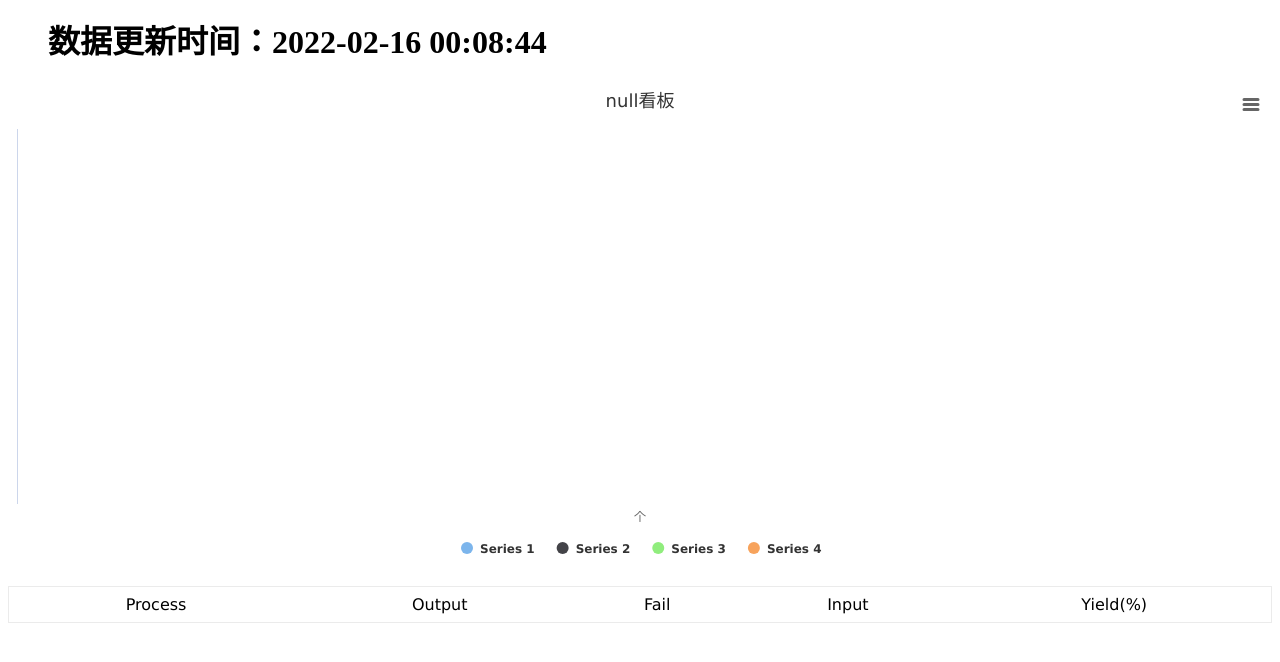
Repository: zxj19880502/mycode
Page: http://localhost/test1/line.jsp
These files come from the project's save history. The page is drawn as it stood at one moment and after the next save; the edit follows.
The browser window is 1280 px wide. The pictures show the whole page.
The page is served by Tomcat 9. Queries for data that is not in the repository find no rows.

Above is the page before, as saved 2022-04-02 02:01:39.

After the next save:
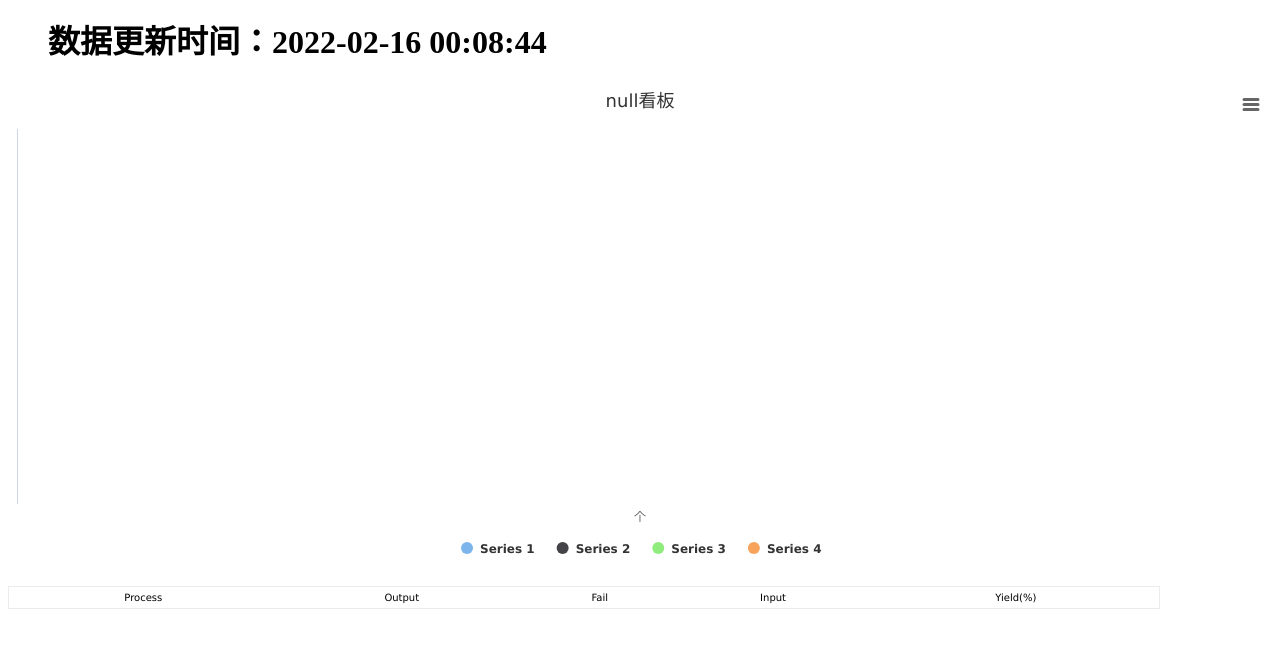
Saved 4 min 36 s later.
--- a/apache-tomcat-8.5.73/webapps/ROOT/test1/line.jsp
+++ b/apache-tomcat-8.5.73/webapps/ROOT/test1/line.jsp
@@ -91,7 +91,7 @@ ResultSet rs=stmt.executeQuery("SELECT PROCESS_NAME,SUM(PASS_QTY)as good,sum(FAI
 <tr><td><h1>&nbsp;&nbsp;&nbsp;&nbsp;&nbsp;数据更新时间：<%=datetime %></h1></td></tr>
     <div id="container"></div>
 
-<table  id="datatable" >
+<table  id="datatable" style="position:absolute;width: 90%;font-family: Verdana, sans-serif;border-collapse: collapse;border: 1px solid #ebebeb;text-align: center;font-size:10px">
     <tr>
         <td>Process</td>
        <td>Output</td>
